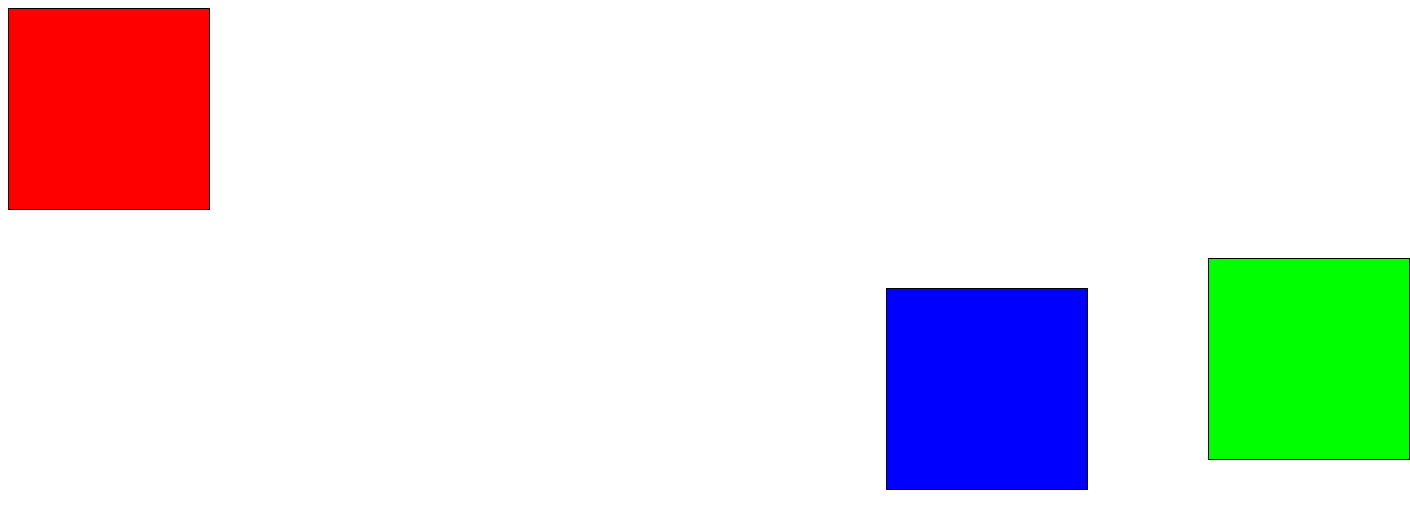
Repository: Divineridh/LPPAChallenges
Page: Trabajos en Clase/ejercicio cajas positions/index.html
These files come from the project's save history. The page is drawn as it stood at one moment and after the next save; the edit follows.
The browser window is 1280 px wide. The page is 1410 px wide, so the pictures cover 1410 px, including what lies to the right of the window. The pictures show the whole page.

Above is the page before, as saved 2022-05-03 20:59:00.

### Trabajos en Clase/ejercicio cajas positions/index.html
<!DOCTYPE html>
<html lang="en">
<head>
    <meta charset="UTF-8">
    <meta http-equiv="X-UA-Compatible" content="IE=edge">
    <meta name="viewport" content="width=device-width, initial-scale=1.0">
    <link rel="stylesheet" href="./style.css">
    <title>Divs positions</title>
</head>
<body>
    <div class="div1 divs"></div>
    <div class="div2 divs"></div>
    <div class="div3 divs"></div>
</body>
</html>

### Trabajos en Clase/ejercicio cajas positions/style.css
.div1 {
    background-color: #FF0000;
    position: fixed;
}

.div2 {
    background-color: #00FF00;
    position: relative;
    top: 250px;
    left: 1200px;
    /* float: right; */
}

.div3 {
    background-color: #0000FF;
    position: absolute;
    top: 40%;
    right: 15%;
}

.divs {
    height: 200px;
    width: 200px;
    border: solid black 1px;
}

After the next save:
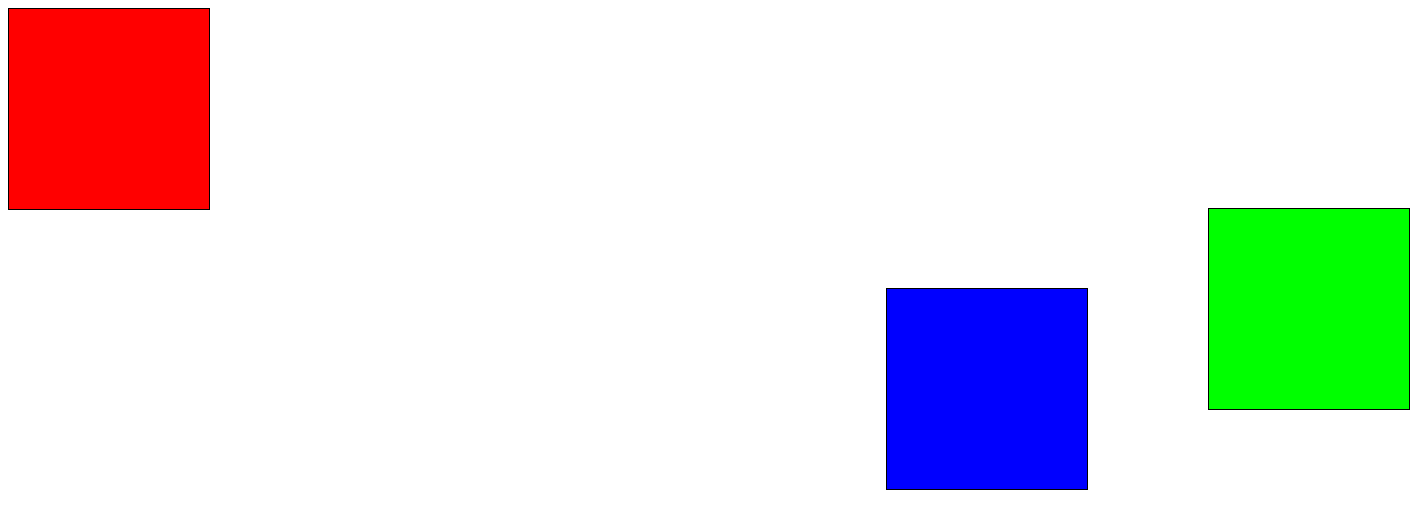
Saved 4 s later.
--- a/Trabajos en Clase/ejercicio cajas positions/style.css
+++ b/Trabajos en Clase/ejercicio cajas positions/style.css
@@ -6,7 +6,7 @@
 .div2 {
     background-color: #00FF00;
     position: relative;
-    top: 250px;
+    top: 200px;
     left: 1200px;
     /* float: right; */
 }
